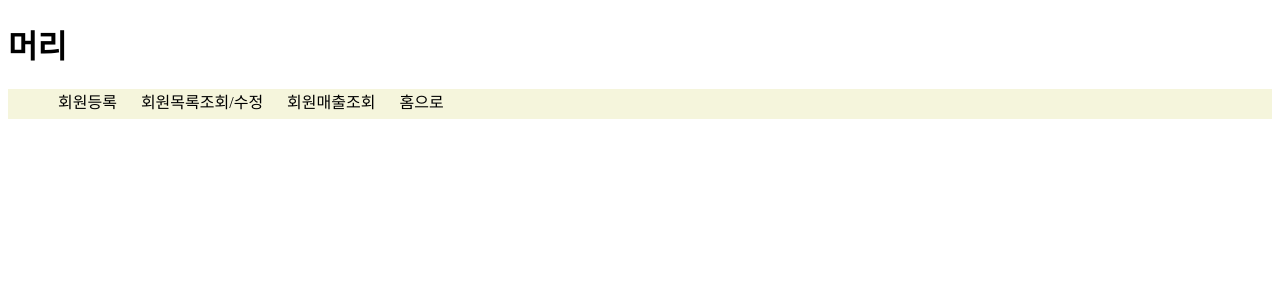
Repository: Kim-seongjun/javastudy2
Page: http://localhost/back_end_test/
These files come from the project's save history. The page is drawn as it stood at one moment and after the next save; the edit follows.
The browser window is 1280 px wide. The pictures show the whole page.
The page is served by Tomcat 9. Other server files are loaded and not shown.

Above is the page before, as saved 2020-01-22 01:05:58.

### back_end_test/WebContent/index.jsp
<%@ page language="java" contentType="text/html; charset=UTF-8"
	pageEncoding="UTF-8"%>
<!DOCTYPE html>
<html>
<head>
<meta charset="UTF-8">
<title>Insert title here</title>
<style>

</style>
</head>
<body>
	<header>
		<div id="header">
			<jsp:include page="header.jsp" />
		</div>
	</header>
	<nav>
		<div id="nav">
			<jsp:include page="nav.jsp" />
		</div>
	</nav>
</body>
</html>

### back_end_test/WebContent/header.jsp
<%@ page language="java" contentType="text/html; charset=UTF-8"
    pageEncoding="UTF-8"%>
<!DOCTYPE html>
<html>
<head>
<meta charset="UTF-8">
<title>Insert title here</title>
</head>
<body>
<h1>머리</h1>
</body>
</html>

### back_end_test/WebContent/nav.jsp
<%@ page language="java" contentType="text/html; charset=UTF-8"
    pageEncoding="UTF-8"%>
<!DOCTYPE html>
<html>
<head>
<meta charset="UTF-8">
<title>Insert title here</title>

</head>
<style>

 #div_nav{
    background-color: beige;
    height: 30px;
 }

 ul li {
 list-style-type:none;
 display:inline;
 margin :0px 10px;
 }

</style>
<body>
   <div id="div_nav">
      <ul id="list">
         <li><a>회원등록</a></li>
         <li><a>회원목록조회/수정</a></li>
         <li><a>회원매출조회</a></li>
         <li><a>홈으로</a></li>
      </ul>
   </div>
</body>
</html>

After the next save:
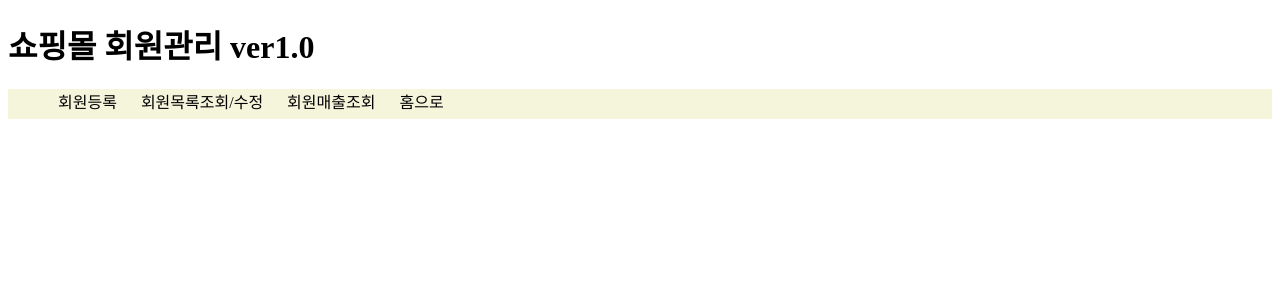
Saved 68 s later.
--- a/back_end_test/WebContent/header.jsp
+++ b/back_end_test/WebContent/header.jsp
@@ -7,6 +7,6 @@
 <title>Insert title here</title>
 </head>
 <body>
-<h1>머리</h1>
+<h1>쇼핑몰 회원관리 ver1.0</h1>
 </body>
 </html>
